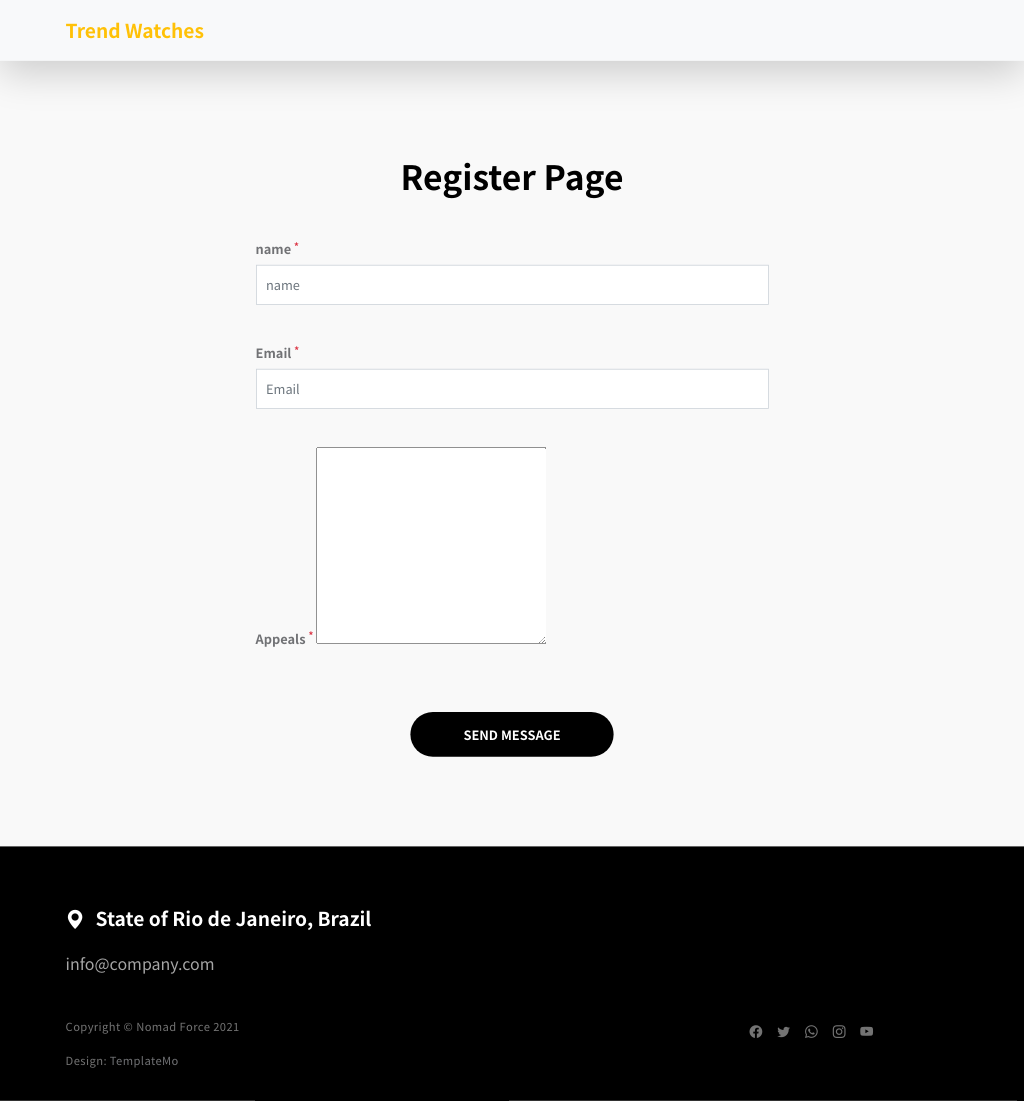
Repository: maqsudov0371/homework
Page: templates/appeals.html
The author's editor kept a copy of each file at every save. The page is drawn from the files as they stood at one save, then again after a run of saves.
The browser window is 1280 px wide. The pictures show the whole page, at 80% of full size.
The page is served by the project's application, run on Django 5.2 (manage.py). Other server files are loaded and not shown. The template is opened directly, without the code that normally fills it, so the values that code supplies are empty.

Above is the page before, as saved 2024-07-13 15:20:12.

### templates/appeals.html
<!doctype html>
<html lang="en">
    {% load static %}
    <head>
        <meta charset="utf-8">
        <meta name="viewport" content="width=device-width, initial-scale=1">

        <meta name="description" content="">
        <meta name="author" content="">

        <title>Nomad Force HTML Bootstrap 5 Template</title>

        <!-- CSS FILES -->
        <link rel="preconnect" href="https://fonts.googleapis.com">

        <link rel="preconnect" href="https://fonts.gstatic.com" crossorigin>

        <link href="https://fonts.googleapis.com/css2?family=Noto+Sans+JP:wght@100;300;400;700;900&display=swap" rel="stylesheet">

        <link href="{% static 'css/bootstrap.min.css' %}" rel="stylesheet">
        <link href="{% static 'css/bootstrap-icons.css' %}" rel="stylesheet">

        <link rel="stylesheet" href="{% static 'css/magnific-popup.css' %} ">

        <link href="{% static 'css/aos.css' %}" rel="stylesheet">

        <link href="{% static 'css/templatemo-nomad-force.css' %}" rel="stylesheet">
<!--

TemplateMo 567 Nomad Force

https://templatemo.com/tm-567-nomad-force

-->
    </head>

    <body>

        <main>



            <nav class="navbar navbar-expand-lg bg-light shadow-lg">
                <div class="container">
                    <a class="navbar-brand" href="index.html">
                        <strong>Trend Watches</strong>
                    </a>

                    <button class="navbar-toggler" type="button" data-bs-toggle="collapse" data-bs-target="#navbarNav" aria-controls="navbarNav" aria-expanded="false" aria-label="Toggle navigation">
                        <span class="navbar-toggler-icon"></span>
                    </button>

                </div>
            </nav>



            <section class="news section-padding" id="news">
                <div class="container">
                    <div class="row">

                        <div class="col-lg-7 col-12 mx-auto">

                            <h2 class="mb-4 text-center aos-init aos-animate" data-aos="fade-up">Register Page</h2>

                            <form action="#" method="post" class="contact-form aos-init aos-animate" role="form" data-aos="fade-up">

                                {% csrf_token %}
                                <div class="row">
                                    <div class="col-12 my-4">
                                        <label for="name" class="form-label">name <sup class="text-danger">*</sup></label>

                                        <input type="text" name="name" id="name" class="form-control" placeholder="name" required="">
                                    </div>

                                    <div class="col-12 my-4">
                                        <label for="email" class="form-label">Email <sup class="text-danger">*</sup></label>

                                        <input type="text" name="email" id="email" class="form-control" placeholder="Email" required="">
                                    </div>


                                    <div class="col-lg-12 my-4">
                                        <label for="appeals" class="form-label">Appeals <sup class="text-danger">*</sup></label>

                                        <textarea name="" id="" cols="30" rows="10"></textarea>
                                    </div>

                                <div class="col-lg-5 col-12 mx-auto mt-5">
                                    <button type="submit" class="form-control">Send Message</button>
                                </div>
                            </form>
                        </div>
                </div>
            </section>




        </main>

        <footer class="site-footer">
            <div class="container">
                <div class="row">

                    <div class="col-12">
                        <h5 class="text-white">
                            <i class="bi-geo-alt-fill me-2"></i>
                            State of Rio de Janeiro, Brazil
                        </h5>

                        <a href="mailto:info@company.com" class="custom-link mt-3 mb-5">
                            info@company.com
                        </a>
                    </div>

                    <div class="col-6">
                        <p class="copyright-text mb-0">Copyright © Nomad Force 2021

                        <br><br>Design: <a href="https://templatemo.com/page/1" target="_parent">TemplateMo</a></p>

                    </div>

                    <div class="col-lg-3 col-5 ms-auto">
                        <ul class="social-icon">
                            <li><a href="#" class="social-icon-link bi-facebook"></a></li>

                            <li><a href="#" class="social-icon-link bi-twitter"></a></li>

                            <li><a href="#" class="social-icon-link bi-whatsapp"></a></li>

                            <li><a href="#" class="social-icon-link bi-instagram"></a></li>

                            <li><a href="#" class="social-icon-link bi-youtube"></a></li>
                        </ul>
                    </div>

                </div>
            </section>
        </footer>

        <!-- JAVASCRIPT FILES -->
        <script src="{% static 'js/jquery.min.js' %}"></script>
        <script src="{% static 'js/bootstrap.bundle.min.js' %}"></script>
        <script src="{% static 'js/jquery.sticky.js' %}"></script>
        <script src="{% static 'js/aos.js' %}"></script>
        <script src="{% static 'js/jquery.magnific-popup.min.js' %}"></script>
        <script src="{% static 'js/magnific-popup-options.js' %}"></script>
        <script src="{% static 'js/scrollspy.min.js' %}"></script>
        <script src="{% static 'js/custom.js' %}"></script>

    </body>
</html>

### Watches/urls.py
"""
URL configuration for Watches project.

The `urlpatterns` list routes URLs to views. For more information please see:
    https://docs.djangoproject.com/en/5.0/topics/http/urls/
Examples:
Function views
    1. Add an import:  from my_app import views
    2. Add a URL to urlpatterns:  path('', views.home, name='home')
Class-based views
    1. Add an import:  from other_app.views import Home
    2. Add a URL to urlpatterns:  path('', Home.as_view(), name='home')
Including another URLconf
    1. Import the include() function: from django.urls import include, path
    2. Add a URL to urlpatterns:  path('blog/', include('blog.urls'))
"""
from django.contrib import admin
from django.urls import path, include
from django.conf import settings
from django.conf.urls.static import static

urlpatterns = [
    path('admin/', admin.site.urls),
    path('', include('main.urls'))
]+static(settings.MEDIA_URL, document_root=settings.MEDIA_ROOT)

### main/urls.py
from . import views
from django.urls import path

urlpatterns = [
    path('', views.watches),
    path('register-user', views.register_user, name='register_user')
]

### static/css/templatemo-nomad-force.css
/*

TemplateMo 567 Nomad Force

https://templatemo.com/tm-567-nomad-force

*/

/*---------------------------------------
  CUSTOM PROPERTIES ( VARIABLES )
-----------------------------------------*/
:root {
  --white-color:                  #FFFFFF;
  --primary-color:                #ffc107;
  --section-bg-color:             #f9f9f9;
  --dark-color:                   #000000;
  --grey-color:                   #fcfeff;
  --text-secondary-white-color:   rgba(255, 255, 255, 0.98);
  --title-color:                  #565758;
  --p-color:                      #717275;

  --body-font-family:           'Noto Sans JP', sans-serif;

  --h1-font-size:               72px;
  --h2-font-size:               42px;
  --h3-font-size:               36px;
  --h4-font-size:               32px;
  --h5-font-size:               24px;
  --h6-font-size:               22px;
  --p-font-size:                20px;
  --copyright-text-font-size:   14px;
  --custom-link-font-size:      12px;

  --font-weight-light:          300;
  --font-weight-normal:         400;
  --font-weight-bold:           700;
  --font-weight-black:          900;
}

body,
html {
  height: 100%;
}

body {
    background: var(--white-color);
    font-family: var(--body-font-family);
    position: relative;
}

/*---------------------------------------
  TYPOGRAPHY
-----------------------------------------*/

h2,
h3,
h4,
h5,
h6 {
  color: var(--dark-color);
  line-height: inherit;
}

h1,
h2,
h3,
h4,
h5,
h6 {
  font-weight: var(--font-weight-bold);
}

h1,
h2 {
  font-weight: var(--font-weight-black);
}

h1 {
  font-size: var(--h1-font-size);
  line-height: normal;
}

h2 {
  font-size: var(--h2-font-size);
}

h3 {
  font-size: var(--h3-font-size);
}

h4 {
  font-size: var(--h4-font-size);
}

h5 {
  font-size: var(--h5-font-size);
}

h6 {
  font-size: var(--h6-font-size);
}

p {
  color: var(--p-color);
  font-size: var(--p-font-size);
  font-weight: var(--font-weight-light);
  letter-spacing: 0.5px;
}

.text-secondary-white-color {
  color: var(--text-secondary-white-color);
}

a,
button {
  touch-action: manipulation;
  transition: all 0.3s;
}

a {
  color: var(--p-color);
  text-decoration: none;
}

a:hover {
  color: var(--primary-color);
}

::selection {
  background: var(--dark-color);
  color: var(--white-color);
}

.custom-underline {
  border-bottom: 2px solid var(--white-color);
  color: var(--white-color);
  padding-bottom: 4px;
}

.videoWrapper {
  position: relative;
  padding-bottom: 56.25%; /* 16:9 */
  height: 0;
  z-index: -100;
}

.custom-video {
  position: absolute;
  top: 0;
  left: 0;
  width: 100%;
  height: 100%;
}

.overlay {
  background: linear-gradient(to top, #000, transparent 90%);
  position: absolute;
  top: 0;
  right: 0;
  bottom: 0;
  left: 0;
}

/*---------------------------------------
  CUSTOM LINK
-----------------------------------------*/
.custom-links {
  max-width: 230px;
}

.custom-link {
  position: relative;
  overflow: hidden;
  z-index: 1;
  display: inline-block;
  transition: all .3s cubic-bezier(.645,.045,.355,1);
}

.custom-link::after {
  content: "";
  width: 0;
  height: 2px;
  bottom: 0;
  position: absolute;
  left: auto;
  right: 0;
  z-index: -1;
  transition: width .6s cubic-bezier(.25,.8,.25,1) 0s;
  background: currentColor;
}

.custom-link:hover::after {
  width: 100%;
  left: 0;
  right: auto;
}

.custom-link:hover,
.custom-link:hover::after {
  color: var(--white-color);
}

b,
strong {
  font-weight: var(--font-weight-bold);
}

/*---------------------------------------
  NAVIGATION
-----------------------------------------*/

.navbar {
  z-index: 9;
  right: 0;
  left: 0;
  padding-top: 15px;
  padding-bottom: 15px;
}

.navbar-brand {
  color: var(--primary-color);
  font-size: 24px;
  font-weight: var(--font-weight-bold);
}

.navbar-expand-lg .navbar-nav .nav-link {
  padding-right: 15px;
  padding-left: 15px;
}

.navbar-nav .nav-link::after {
  content: "\f140";
  font-family: bootstrap-icons;
  display: inline-block;
  margin-left: 10px;
  color: var(--primary-color);
  opacity: 0;
  -webkit-transition: opacity 0.3s, -webkit-transform 0.3s;
  -moz-transition: opacity 0.3s, -moz-transform 0.3s;
  transition: opacity 0.3s, transform 0.3s;
  -webkit-transform: translateY(10px);
  -moz-transform: translateY(10px);
  transform: translateY(10px);
}

.navbar-nav .nav-link:hover::after {
  opacity: 1;
  -webkit-transform: translateY(0px);
  -moz-transform: translateY(0px);
  transform: translateY(0px);
}

.navbar-nav .nav-link {
  color: var(--p-color);
  font-size: 18px;
  font-weight: var(--font-weight-bold);
  position: relative;
}

.navbar-nav .nav-link:hover::after,
.navbar-nav .nav-item.active .nav-link::after {
  color: var(--primary-color);
  opacity: 1;
  -webkit-transform: translateY(0px);
  -moz-transform: translateY(0px);
  transform: translateY(0px);
}

.navbar-nav .nav-item.active .nav-link,
.nav-link:focus,
.nav-link:hover {
  color: var(--dark-color);
}

.nav-link:focus {
  color: var(--p-color);
}

.navbar-toggler {
  border: 0;
  padding: 0;
  cursor: pointer;
  margin: 0;
  width: 30px;
  height: 35px;
  outline: none;
}

.navbar-toggler:focus {
  outline: none;
  box-shadow: none;
}

.navbar-toggler[aria-expanded="true"] .navbar-toggler-icon {
  background: transparent;
}

.navbar-toggler[aria-expanded="true"] .navbar-toggler-icon:before,
.navbar-toggler[aria-expanded="true"] .navbar-toggler-icon:after {
  transition: top 300ms 50ms ease, -webkit-transform 300ms 350ms ease;
  transition: top 300ms 50ms ease, transform 300ms 350ms ease;
  transition: top 300ms 50ms ease, transform 300ms 350ms ease, -webkit-transform 300ms 350ms ease;
  top: 0;
}

.navbar-toggler[aria-expanded="true"] .navbar-toggler-icon:before {
  transform: rotate(45deg);
}

.navbar-toggler[aria-expanded="true"] .navbar-toggler-icon:after {
  transform: rotate(-45deg);
}

.navbar-toggler .navbar-toggler-icon {
  background: var(--dark-color);
  transition: background 10ms 300ms ease;
  display: block;
  width: 30px;
  height: 2px;
  position: relative;
}

.navbar-toggler .navbar-toggler-icon:before,
.navbar-toggler .navbar-toggler-icon:after {
  transition: top 300ms 350ms ease, -webkit-transform 300ms 50ms ease;
  transition: top 300ms 350ms ease, transform 300ms 50ms ease;
  transition: top 300ms 350ms ease, transform 300ms 50ms ease, -webkit-transform 300ms 50ms ease;
  position: absolute;
  right: 0;
  left: 0;
  background: var(--dark-color);
  width: 30px;
  height: 2px;
  content: '';
}

.navbar-toggler .navbar-toggler-icon:before {
  top: -8px;
}

.navbar-toggler .navbar-toggler-icon:after {
  top: 8px;
}

/*---------------------------------------
  HERO
-----------------------------------------*/
.hero {
  position: relative;
  overflow: hidden;
}

@media screen and (min-width: 992px) {
  .hero {
    height: 100vh;
  }

  .custom-video,
  .news-detail-image {
    object-fit: cover;
    width: 100vw;
    height: 100vh;
  }

  .sticky-wrapper {
    position: relative;
    bottom: 76px;
  }
}

.heroText {
  position: absolute;
  z-index: 9;
  top: 50%;
  left: 50%;
  transform: translate(-50%, -50%);
  width: 85%;
  text-align: center;
}

/*---------------------------------------
  ABOUT & TEAM MEMBERS
-----------------------------------------*/
.about-image,
.team-image {
  width: 100%;
  height: 100%;
  max-height: 635px;
  min-height: 475px;
  object-fit: cover;
}

.team-thumb {
  background: var(--white-color);
  position: absolute;
  bottom: 0;
  right: 0;
  width: 65%;
  padding: 22px 32px 32px 32px;
}

.carousel-control-next,
.carousel-control-prev {
  top: auto;
  bottom: 2.5rem;
}

.carousel-control-prev {
  right: 4rem;
  left: auto;
}

.carousel-control-next-icon,
.carousel-control-prev-icon {
  background-color: var(--dark-color);
  background-size: 50% 50%;
  border-radius: 100px;
  width: 3rem;
  height: 3rem;
}

/*---------------------------------------
  PORTFOLIO
-----------------------------------------*/
.portfolio-thumb {
  position: relative;
  overflow: hidden;
}

.portfolio-info {
  margin: 20px;
}

/*---------------------------------------
  NEWS & EVENTS
-----------------------------------------*/

.news,
.related-news {
  background: var(--section-bg-color);
}

.news-thumb {
  position: relative;
}

.news-category {
  background: var(--white-color);
  position: absolute;
  z-index: 9;
  top: 0;
  left: 0;
  padding: 4px 12px;
  display: inline-block;
}

.news-text-info {
  margin: 0 20px;
}

.news-title {
  margin-top: 15px;
  margin-bottom: 15px;
}

.news-title-link {
  color: var(--title-color);
  display: inline-block;
}

.news-title-link:hover {
  color: var(--dark-color);
}

.portfolio-image,
.news-image {
  display: block;
  transition: transform 0.6s ease-out;
}

.news-image-hover {
  display: inline-block;
  position: relative;
  overflow: hidden;
  z-index: 1;
  transition: all .3s cubic-bezier(.645,.045,.355,1);
  padding-bottom: 4px;
  height: 100%;
}

.news-image-hover::after {
  content: "";
  width: 0;
  height: 4px;
  bottom: 0;
  position: absolute;
  left: auto;
  right: 0;
  z-index: -1;
  transition: width .6s cubic-bezier(.25,.8,.25,1) 0s;
  background: #198754;
}

.news-image-hover-warning::after {
  background: #ffc107;
}

.news-image-hover-primary::after {
  background: #0d6efd;
}

.news-image-hover-success::after {
  background: #198754;
}

.news-image-hover:hover::after {
  width: 100%;
  left: 0;
  right: auto;
  z-index: 9;
}

.image-popup:hover .portfolio-image,
.news-image-hover:hover .news-image {
  transform: scale(1.02);
}

.news-two-column {
  min-height: 199px;
  margin-bottom: 16px;
}

.news-two-column .news-image {
  width: 100%;
  height: 100%;
  object-fit: cover;
}

.social-share-link,
.social-share-link + span {
  color: rgba(255, 255, 255, 0.65);
}

/*---------------------------------------
  SECTION
-----------------------------------------*/
.section-padding {
  padding-top: 7rem;
  padding-bottom: 7rem;
}

/*---------------------------------------
  CONTACT
-----------------------------------------*/
.contact-info {
  padding: 40px;
}

.contact-form .form-control {
  border-radius: 0;
  font-weight: var(--font-weight-normal);
  padding-top: 12px;
  padding-bottom: 12px;
}

.contact-form button[type='submit'] {
  background: var(--dark-color);
  border: none;
  border-radius: 100px;
  color: var(--white-color);
  font-weight: var(--font-weight-bold);
  text-transform: uppercase;
  padding: 16px;
  transition: all 0.6s ease-out;
}

.contact-form button[type='submit']:hover {
  background: var(--primary-color);
}

.form-label {
  color: var(--p-color);
  font-weight: var(--font-weight-bold);
}

.map-iframe {
  display: block;
  filter: grayscale(100);
}

/*---------------------------------------
  SITE FOOTER
-----------------------------------------*/
.site-footer {
  background: var(--dark-color);
  padding-top: 4.5rem;
  padding-bottom: 2.5rem;
}

.site-footer .custom-link {
  color: rgba(255, 255, 255, 0.65);
  font-size: var(--p-font-size);
}

.site-footer .custom-link:hover,
.site-footer .social-icon-link:hover {
  color: var(--white-color);
}

.copyright-text {
  color: rgba(255, 255, 255, 0.45);
  font-size: var(--copyright-text-font-size);
}

/*---------------------------------------
  SOCIAL ICON
-----------------------------------------*/
.social-icon {
  margin: 0;
  padding: 0;
}

.social-icon li {
  list-style: none;
  display: inline-block;
  vertical-align: top;
}

.social-icon-link {
  color: rgba(255, 255, 255, 0.45);
  font-size: 1rem;
  display: inline-block;
  vertical-align: top;
  margin-top: 4px;
  margin-bottom: 4px;
  margin-right: 15px;
}

.social-icon-link:hover {
  color: var(--primary-color);
}

/*---------------------------------------
  RESPONSIVE STYLES
-----------------------------------------*/
@media screen and (min-width: 1600px) {
  .news-two-column {
    min-height: 232.5px;
  }
}

@media screen and (max-width: 991px) {
  h1 {
    font-size: 48px;
  }

  h2 {
    font-size: 36px;
  }

  h3 {
    font-size: 32px;
  }

  h4 {
    font-size: 28px;
  }

  h5 {
    font-size: 20px;
  }

  h6 {
    font-size: 18px;
  }

  .navbar {
    padding-top: 10px;
    padding-bottom: 10px;
  }

  .section-padding {
    padding-top: 6rem;
    padding-bottom: 6rem;
  }

  .team-thumb {
    left: 0;
    width: auto;
  }

  .news-two-column {
    height: auto !important;
    min-height: inherit;
  }

  .news .col-12 .news-two-column:first-child {
    margin-bottom: 38px;
  }
}

@media screen and (max-width: 767px) {
  .news-detail-title {
    font-size: 36px;
  }
}

@media screen and (max-width: 360px) {
  h1 {
    font-size: 32px;
  }

  .heroText p {
    font-size: 14px;
  }
}

@media screen and (max-width: 359px) {
  .news-detail-title {
    font-size: 22px;
  }
}

### static/js/custom.js

  (function ($) {

  "use strict";

    // AOS ANIMATIONS
    AOS.init();

    // NAVBAR
    $('.navbar-nav .nav-link').click(function(){
        $(".navbar-collapse").collapse('hide');
    });

    // NEWS IMAGE RESIZE
    function NewsImageResize(){
      $(".navbar").scrollspy({ offset: -76 });

      var LargeImage = $('.large-news-image').height();

      var MinusHeight = LargeImage - 6;

      $('.news-two-column').css({'height' : (MinusHeight - LargeImage / 2) + 'px'});
    }

    $(window).on("resize", NewsImageResize);
    $(document).on("ready", NewsImageResize);

    $('a[href*="#"]').click(function (event) {
      if (
        location.pathname.replace(/^\//, '') == this.pathname.replace(/^\//, '') && location.hostname == this.hostname) {
        var target = $(this.hash);
        target = target.length ? target : $('[name=' + this.hash.slice(1) + ']');
        if (target.length) {
          event.preventDefault();
          $('html, body').animate({
            scrollTop: target.offset().top - 66
          }, 1000);
        }
      }
    });

  })(window.jQuery);

Loaded but not shown: static/css/bootstrap.min.css (library); static/css/bootstrap-icons.css (library); static/css/magnific-popup.css (library); static/css/aos.css (library); static/js/jquery.min.js (library); static/js/bootstrap.bundle.min.js (library); static/js/jquery.sticky.js (library); static/js/aos.js (library); static/js/jquery.magnific-popup.min.js (library); static/js/magnific-popup-options.js (common file); static/js/scrollspy.min.js (common file)

After the next 3 saves:
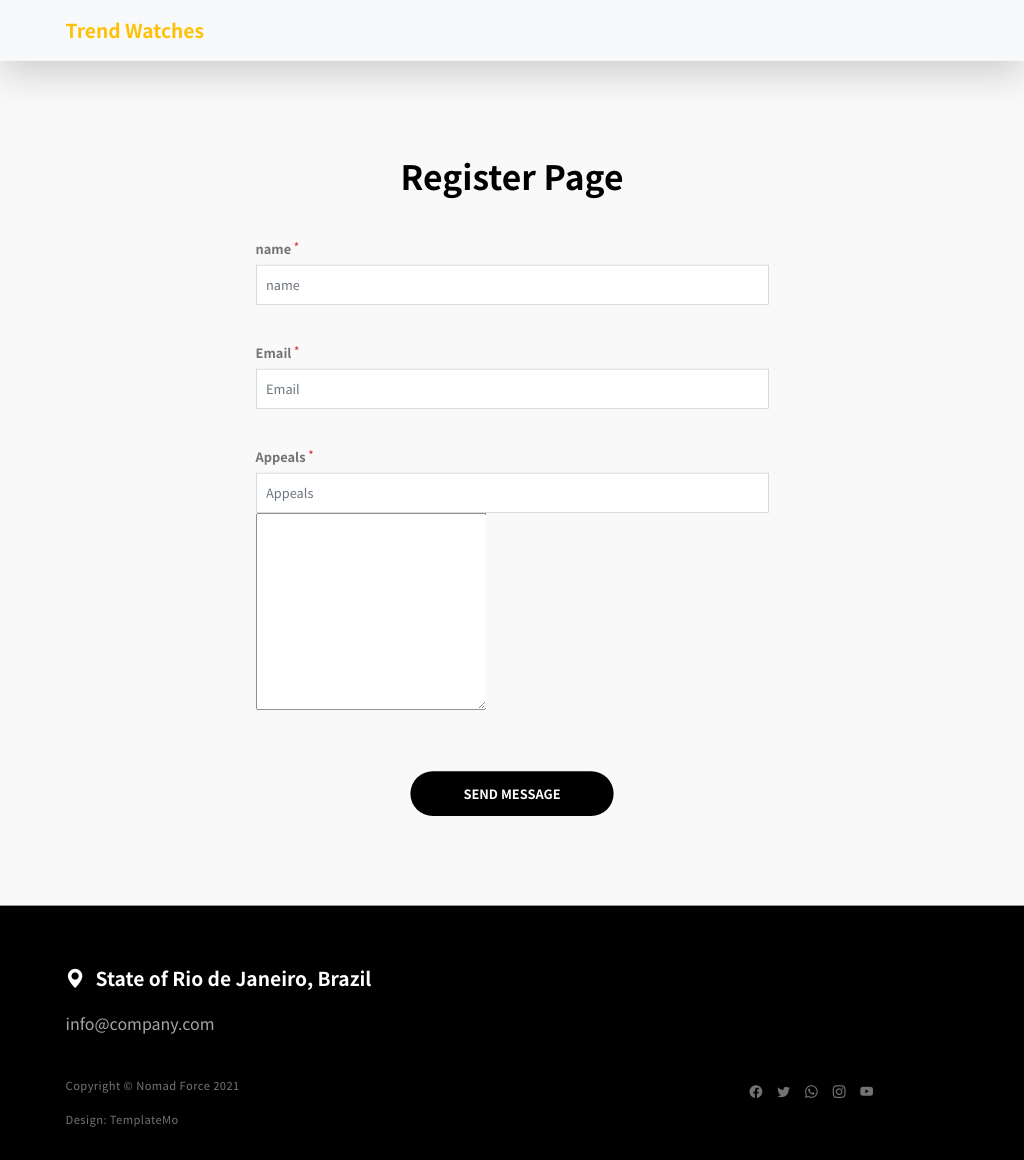
The 3 saves are shown as one change because they came seconds apart.
The last was saved 11 s later.
--- a/templates/appeals.html
+++ b/templates/appeals.html
@@ -83,6 +83,7 @@ https://templatemo.com/tm-567-nomad-force
                                     <div class="col-lg-12 my-4">
                                         <label for="appeals" class="form-label">Appeals <sup class="text-danger">*</sup></label>
 
+                                        <input type="appeals" name="appeals" id="appeals"  class="form-control" placeholder="Appeals" >
                                         <textarea name="" id="" cols="30" rows="10"></textarea>
                                     </div>
 
